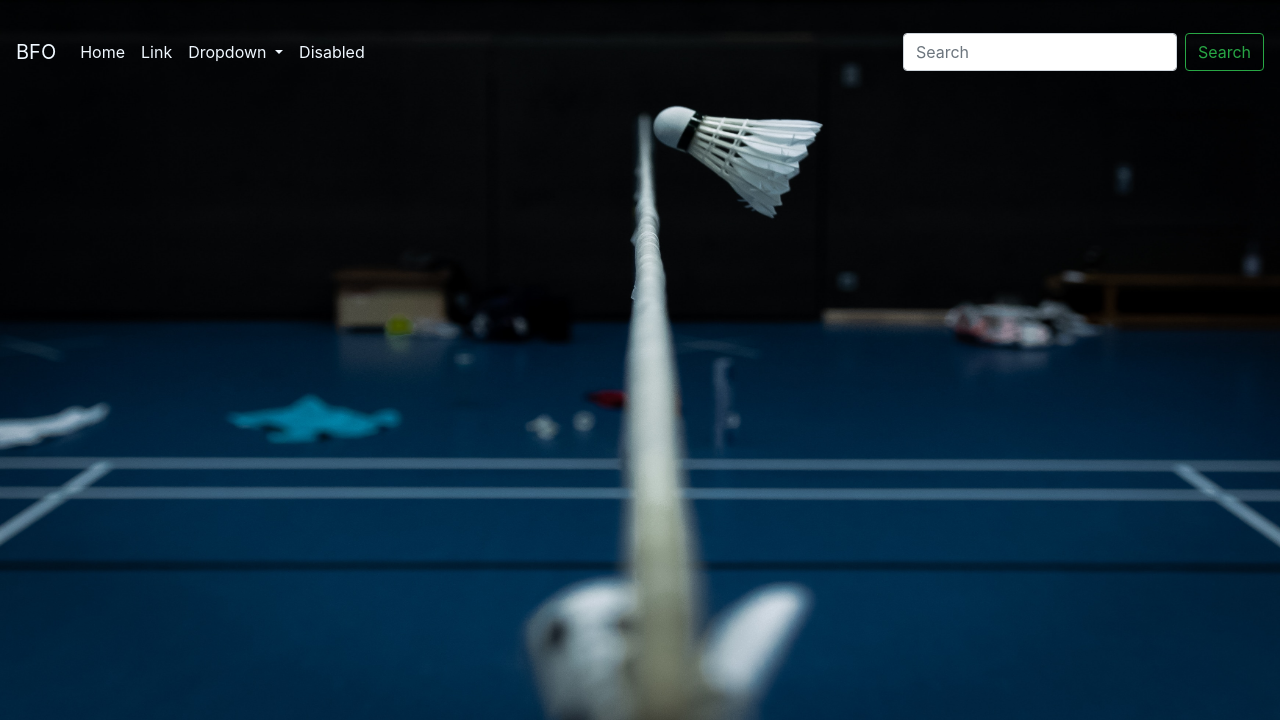
Repository: tsthuy/Badminton
Page: index.html
These files come from the project's save history. The page is drawn as it stood at one moment and after the next save; the edit follows.
The browser window is 1280 px wide. The pictures show the whole page.
Some web libraries are served in a nearby version.

Above is the page before, as saved 2023-10-12 21:57:47.

### index.html
<!DOCTYPE html>
<html lang="en">
<head>
    <meta charset="UTF-8">
    <meta name="viewport" content="width=device-width, initial-scale=1.0">
    <link rel="stylesheet" href="https://cdn.jsdelivr.net/npm/bootstrap@4.0.0/dist/css/bootstrap.min.css" integrity="sha384-Gn5384xqQ1aoWXA+058RXPxPg6fy4IWvTNh0E263XmFcJlSAwiGgFAW/dAiS6JXm" crossorigin="anonymous">
    <link rel="stylesheet" href="main.css">

    <title>Badminton</title>
</head>
<body>
    Explain
<nav class="navbar navbar-expand-lg navbar-light bg-light " style="background-color: transparent !important;
">
  <a style="color: aliceblue;" class="navbar-brand" href="#">BFO</a>
  <button class="navbar-toggler" type="button" data-toggle="collapse" data-target="#navbarSupportedContent" aria-controls="navbarSupportedContent" aria-expanded="false" aria-label="Toggle navigation">
    <span class="navbar-toggler-icon"></span>
  </button>

  <div class="collapse navbar-collapse" id="navbarSupportedContent">
    <ul class="navbar-nav mr-auto">
      <li class="nav-item active">
        <a style="color: aliceblue;" class="nav-link" href="#">Home <span class="sr-only">(current)</span></a>
      </li>
      <li class="nav-item">
        <a style="color: aliceblue;" class="nav-link" href="#">Link</a>
      </li>
      <li class="nav-item dropdown">
        <a style="color: aliceblue;" class="nav-link dropdown-toggle" href="#" id="navbarDropdown" role="button" data-toggle="dropdown" aria-haspopup="true" aria-expanded="false">
          Dropdown
        </a>
        <div style="color: aliceblue;" class="dropdown-menu" aria-labelledby="navbarDropdown">
          <a class="dropdown-item" href="#">Action</a>
          <a class="dropdown-item" href="#">Another action</a>
          <div class="dropdown-divider"></div>
          <a class="dropdown-item" href="#">Something else here</a>
        </div>
      </li>
      <li class="nav-item">
        <a style="color: aliceblue;" class="nav-link disabled" href="#">Disabled</a>
      </li>
    </ul>
    <form class="form-inline my-2 my-lg-0">
      <input class="form-control mr-sm-2" type="search" placeholder="Search" aria-label="Search">
      <button class="btn btn-outline-success my-2 my-sm-0" type="submit">Search</button>
    </form>
  </div>
</nav>
   <div class="background_cover">

    <img class="bg_img" src="./Image/stephan-rothe-VePgmkq3hHI-unsplash.jpg" alt="" style=" margin-top: -80px; height: 100vh; width: 100%;">
   </div>

</body>

<script src="https://code.jquery.com/jquery-3.2.1.slim.min.js" integrity="sha384-KJ3o2DKtIkvYIK3UENzmM7KCkRr/rE9/Qpg6aAZGJwFDMVNA/GpGFF93hXpG5KkN" crossorigin="anonymous"></script>
<script src="https://cdn.jsdelivr.net/npm/popper.js@1.12.9/dist/umd/popper.min.js" integrity="sha384-ApNbgh9B+Y1QKtv3Rn7W3mgPxhU9K/ScQsAP7hUibX39j7fakFPskvXusvfa0b4Q" crossorigin="anonymous"></script>
<script src="https://cdn.jsdelivr.net/npm/bootstrap@4.0.0/dist/js/bootstrap.min.js" integrity="sha384-JZR6Spejh4U02d8jOt6vLEHfe/JQGiRRSQQxSfFWpi1MquVdAyjUar5+76PVCmYl" crossorigin="anonymous"></script>
    </script>
</html>

Loaded but not shown: main.css (no stored copy; drawn as an empty file)

After the next save:
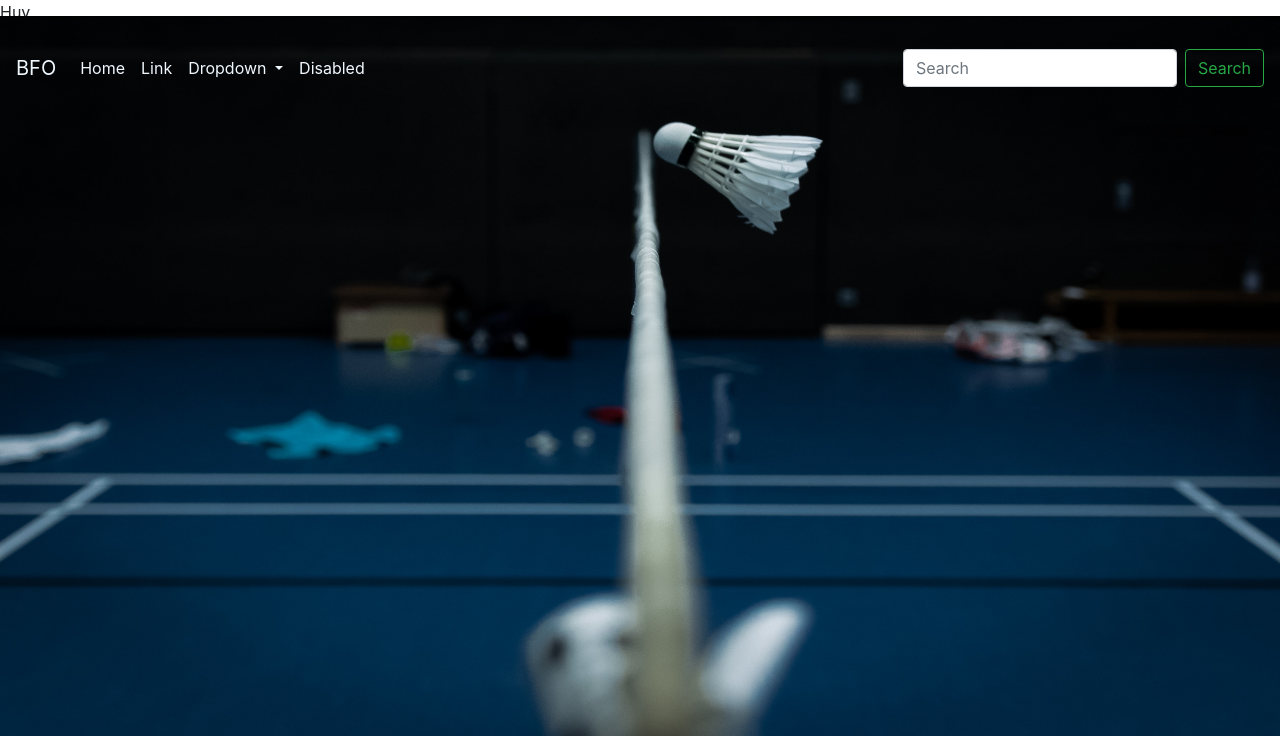
Saved 90 s later.
--- a/index.html
+++ b/index.html
@@ -9,7 +9,7 @@
     <title>Badminton</title>
 </head>
 <body>
-    Explain
+    <div class=""><p>Huy</p></div>
 <nav class="navbar navbar-expand-lg navbar-light bg-light " style="background-color: transparent !important;
 ">
   <a style="color: aliceblue;" class="navbar-brand" href="#">BFO</a>
